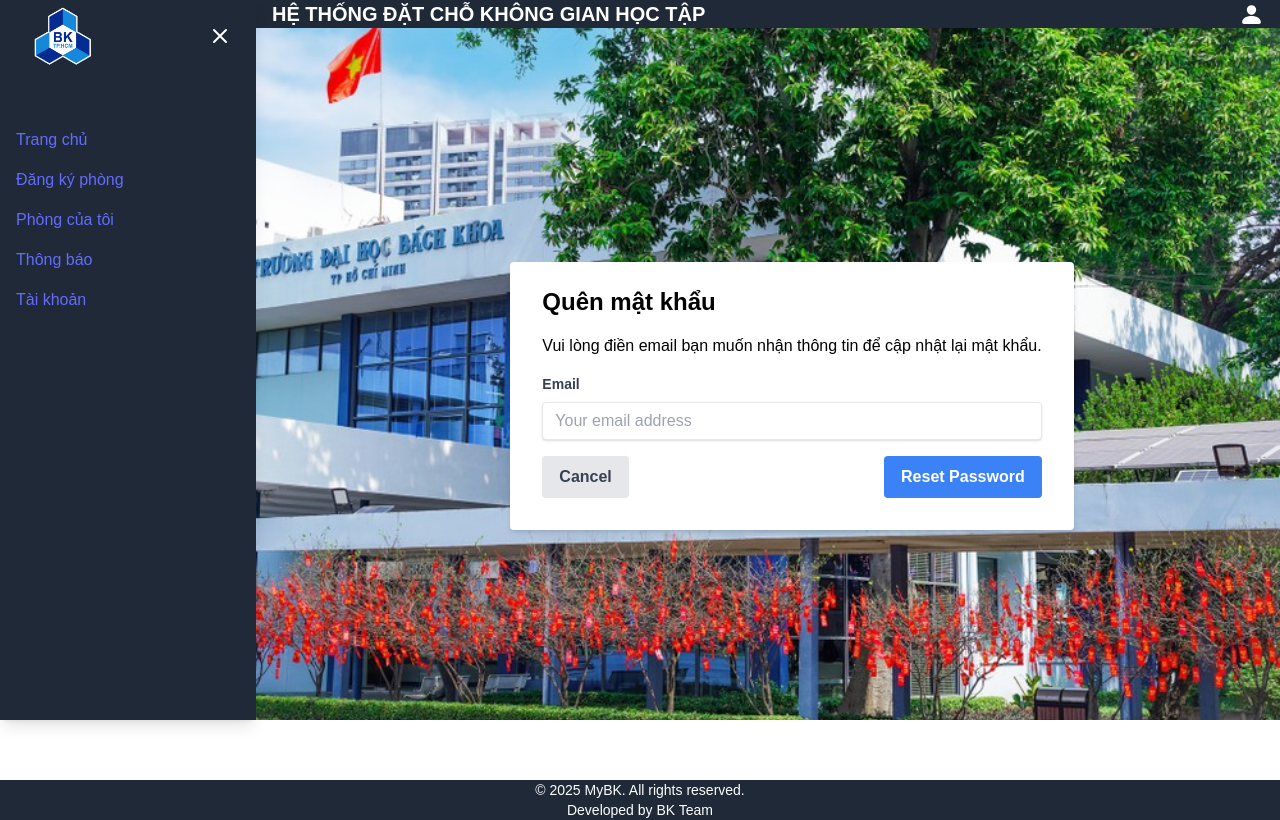
Repository: CNPM-S3MRS/frontend-web
Page: /forgotpwd
The author's editor kept a copy of each file at every save. The page is drawn from the files as they stood at one save, then again after the next save.
The browser window is 1280 px wide. The pictures show the whole page.
The project was rebuilt for these pictures with package versions that can differ from the ones it lists, and the page was loaded fresh each time. Also part of the build but not shown: vite.config.js, src/pages/auth/Login.jsx, src/components/card/NotificationCard.jsx, src/components/pagination/Pagination.jsx, src/components/dropdownmenu/DropdownList.jsx, src/pages/notification/notification.jsx, src/components/card/DisplayCard.jsx, src/pages/homepage/Homepage.jsx.

Above is the page before, as saved 2025-04-11 00:25:07.

After the next save:
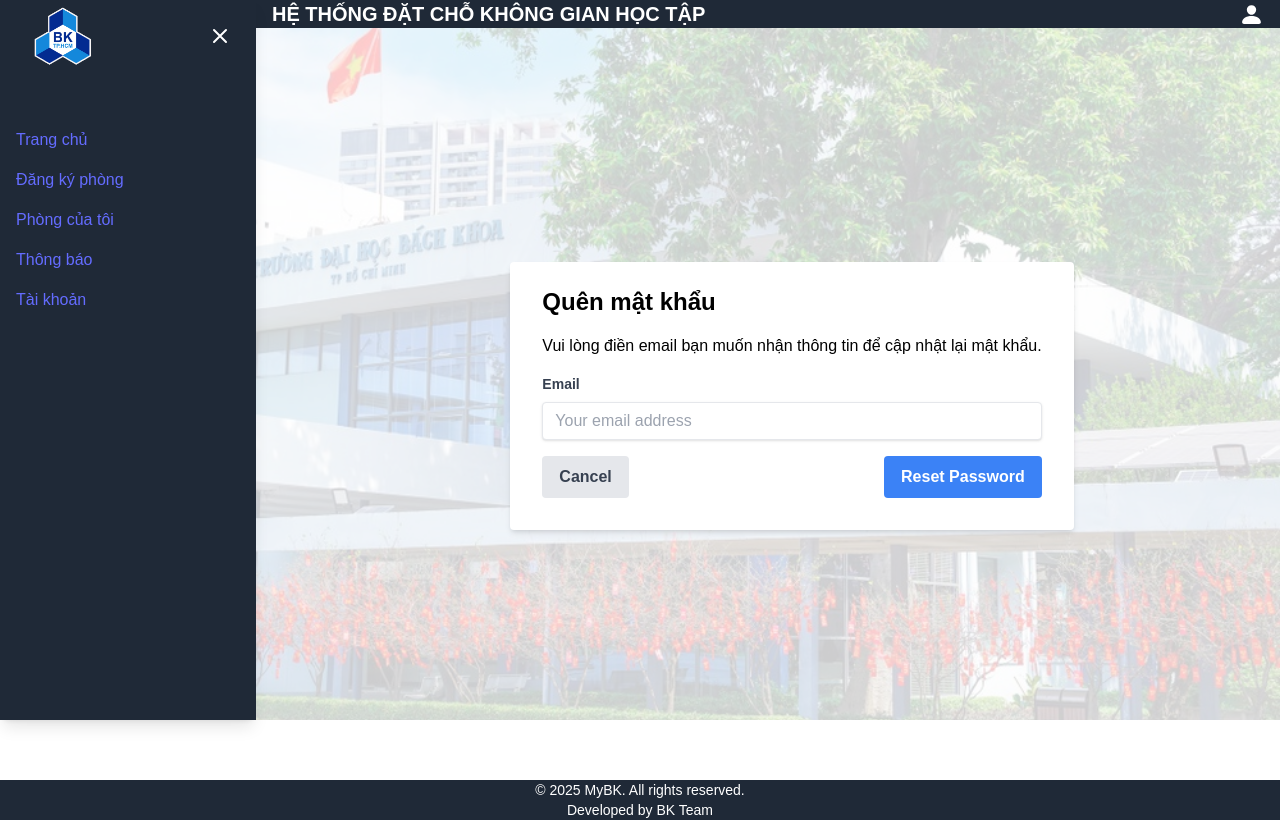
Saved 3 min 56 s later.
--- a/src/pages/forgotpwd/Forgot.jsx
+++ b/src/pages/forgotpwd/Forgot.jsx
@@ -1,4 +1,4 @@
-import React, {useState}from "react";
+import React, { useState } from "react";
 import ForgotPassword from "../../components/form/ForgotPassword";
 import Header from "../../components/header/Header";
 import Footer from "../../components/footer/Footer";
@@ -6,36 +6,39 @@
 import BKbg from "../../assets/bk-bg.jpg"; // Import your background image
 
 const Forgot = () => {
-    const [isSidebarOpen, setIsSidebarOpen] = useState(true);
+  const [isSidebarOpen, setIsSidebarOpen] = useState(true);
 
-      return (
-        <div className="container flex flex-col h-screen bg-cover bg-center"
-        style={{
-            backgroundImage: `url(${BKbg})`,
-            backgroundSize: "cover",
-          }}
+  return (
+    <div
+      className="container flex flex-col h-screen"
+      style={{
+        backgroundImage: `url(${BKbg})`,
+        backgroundSize: "cover", // Ensures the image covers the entire container
+        backgroundPosition: "center", // Centers the image
+        backgroundRepeat: "no-repeat", // Prevents the image from repeating
+      }}
+    >
+      {/* Header */}
+      <Header isSidebarOpen={isSidebarOpen} setIsSidebarOpen={setIsSidebarOpen} />
+
+      <div className="flex flex-grow bg-white bg-opacity-80">
+        {/* Sidebar */}
+        <Sidebar isSidebarOpen={isSidebarOpen} setIsSidebarOpen={setIsSidebarOpen} />
+
+        {/* Main Content */}
+        <div
+          className={`flex-grow p-4 transition-all duration-300 ${
+            isSidebarOpen ? "lg:pl-80" : "pl-4"
+          }`}
         >
-          {/* Header */}
-          <Header isSidebarOpen={isSidebarOpen} setIsSidebarOpen={setIsSidebarOpen} />
-
-          <div className="flex flex-grow">
-            {/* Sidebar */}
-            <Sidebar isSidebarOpen={isSidebarOpen} setIsSidebarOpen={setIsSidebarOpen} />
-
-            {/* Main Content */}
-            <div
-              className={`flex-grow p-4 transition-all duration-300 ${
-                isSidebarOpen ? "lg:pl-80" : "pl-4"
-              }`}
-            >
-              {/* Forgot Password */}
-              <ForgotPassword />
-            </div>
-          </div>
-          {/* Footer */}
-          <Footer />
+          {/* Forgot Password */}
+          <ForgotPassword />
         </div>
-      );
+      </div>
+      {/* Footer */}
+      <Footer />
+    </div>
+  );
 };
 
 export default Forgot;

After the save that followed:
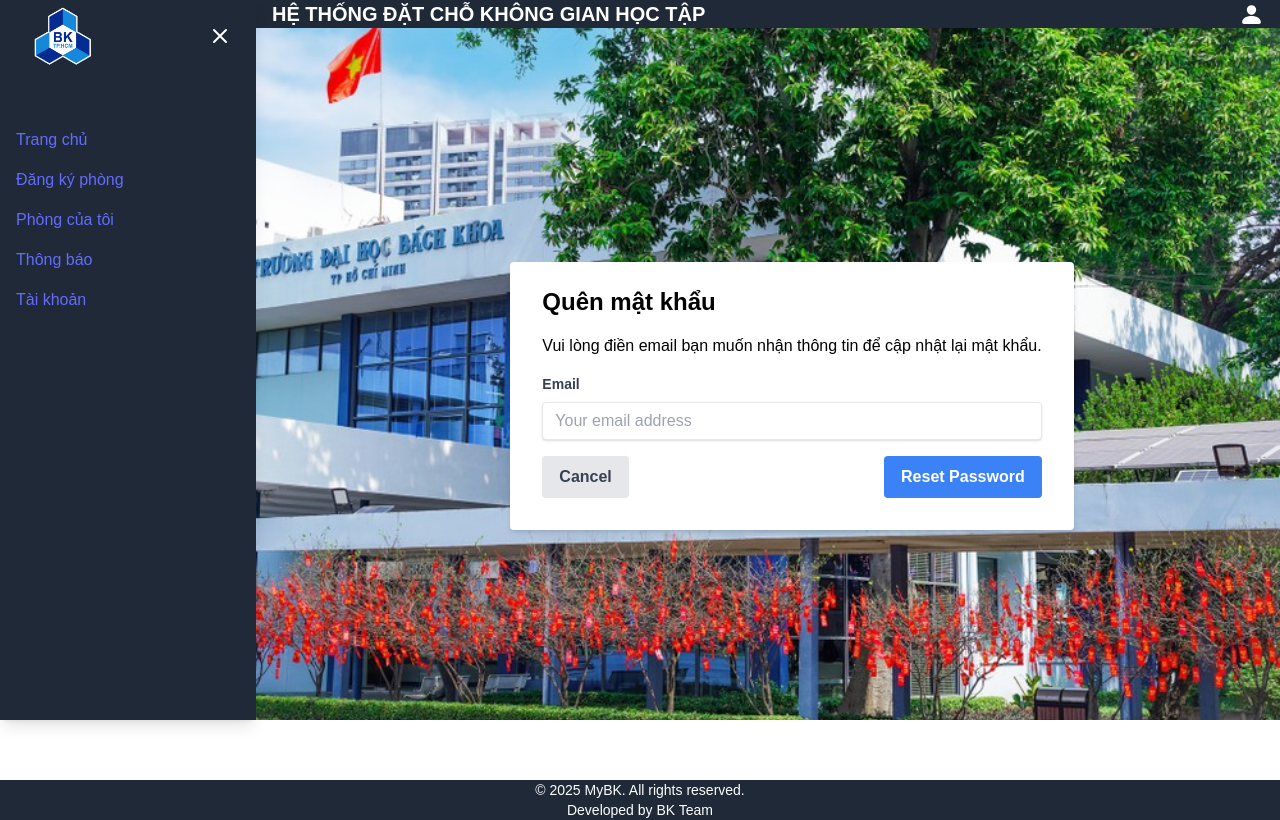
Saved 6 s later.
--- a/src/pages/forgotpwd/Forgot.jsx
+++ b/src/pages/forgotpwd/Forgot.jsx
@@ -1,4 +1,4 @@
-import React, { useState } from "react";
+import React, {useState}from "react";
 import ForgotPassword from "../../components/form/ForgotPassword";
 import Header from "../../components/header/Header";
 import Footer from "../../components/footer/Footer";
@@ -6,39 +6,36 @@
 import BKbg from "../../assets/bk-bg.jpg"; // Import your background image
 
 const Forgot = () => {
-  const [isSidebarOpen, setIsSidebarOpen] = useState(true);
+    const [isSidebarOpen, setIsSidebarOpen] = useState(true);
 
-  return (
-    <div
-      className="container flex flex-col h-screen"
-      style={{
-        backgroundImage: `url(${BKbg})`,
-        backgroundSize: "cover", // Ensures the image covers the entire container
-        backgroundPosition: "center", // Centers the image
-        backgroundRepeat: "no-repeat", // Prevents the image from repeating
-      }}
-    >
-      {/* Header */}
-      <Header isSidebarOpen={isSidebarOpen} setIsSidebarOpen={setIsSidebarOpen} />
+      return (
+        <div className="container flex flex-col h-screen bg-cover bg-center"
+        style={{
+            backgroundImage: `url(${BKbg})`,
+            backgroundSize: "cover",
+          }}
+        >
+          {/* Header */}
+          <Header isSidebarOpen={isSidebarOpen} setIsSidebarOpen={setIsSidebarOpen} />
 
-      <div className="flex flex-grow bg-white bg-opacity-80">
-        {/* Sidebar */}
-        <Sidebar isSidebarOpen={isSidebarOpen} setIsSidebarOpen={setIsSidebarOpen} />
+          <div className="flex flex-grow">
+            {/* Sidebar */}
+            <Sidebar isSidebarOpen={isSidebarOpen} setIsSidebarOpen={setIsSidebarOpen} />
 
-        {/* Main Content */}
-        <div
-          className={`flex-grow p-4 transition-all duration-300 ${
-            isSidebarOpen ? "lg:pl-80" : "pl-4"
-          }`}
-        >
-          {/* Forgot Password */}
-          <ForgotPassword />
+            {/* Main Content */}
+            <div
+              className={`flex-grow p-4 transition-all duration-300 ${
+                isSidebarOpen ? "lg:pl-80" : "pl-4"
+              }`}
+            >
+              {/* Forgot Password */}
+              <ForgotPassword />
+            </div>
+          </div>
+          {/* Footer */}
+          <Footer />
         </div>
-      </div>
-      {/* Footer */}
-      <Footer />
-    </div>
-  );
+      );
 };
 
 export default Forgot;
